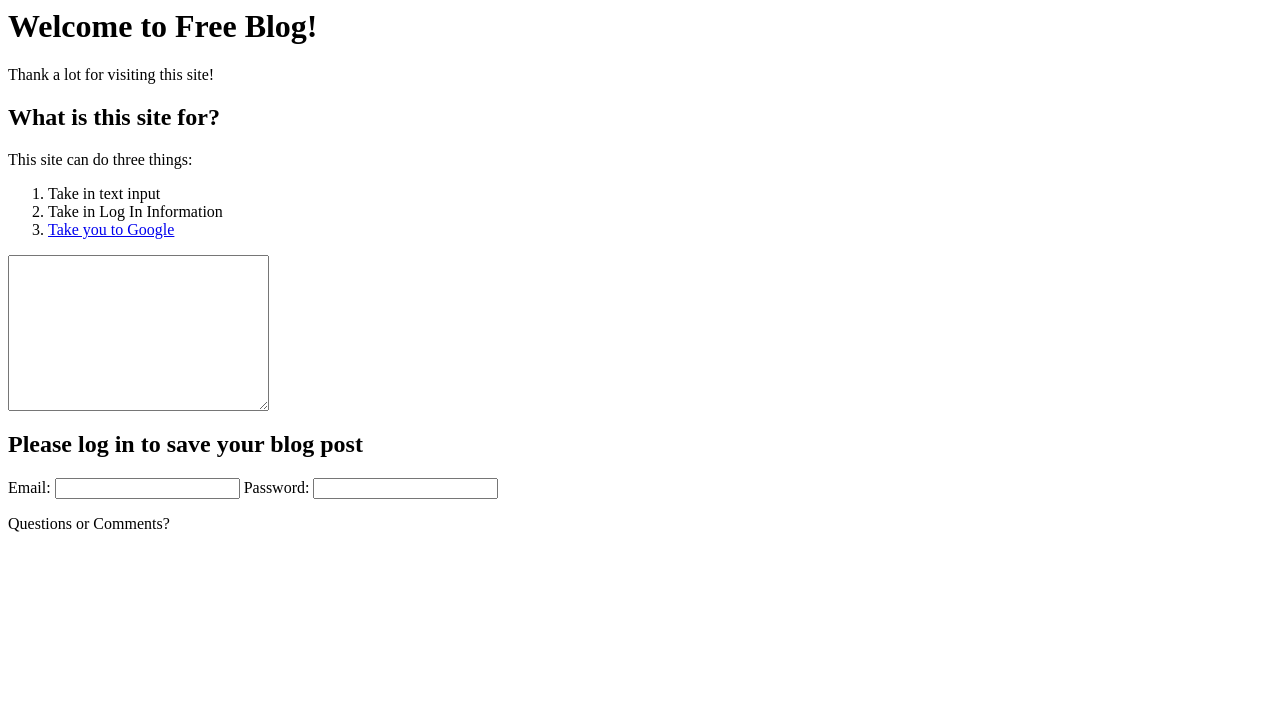
Repository: MonwarAdeeb/Bista_Solutions
Page: HTML & CSS/CSS/Level One/05. Assessment.html
An editor plug-in stored every save of this project. The page is shown before and after a run of saves, followed by the edit.
The browser window is 1280 px wide. The pictures show the whole page.

Above is the page before, as saved 2021-05-19 20:25:51.

After the next 4 saves:
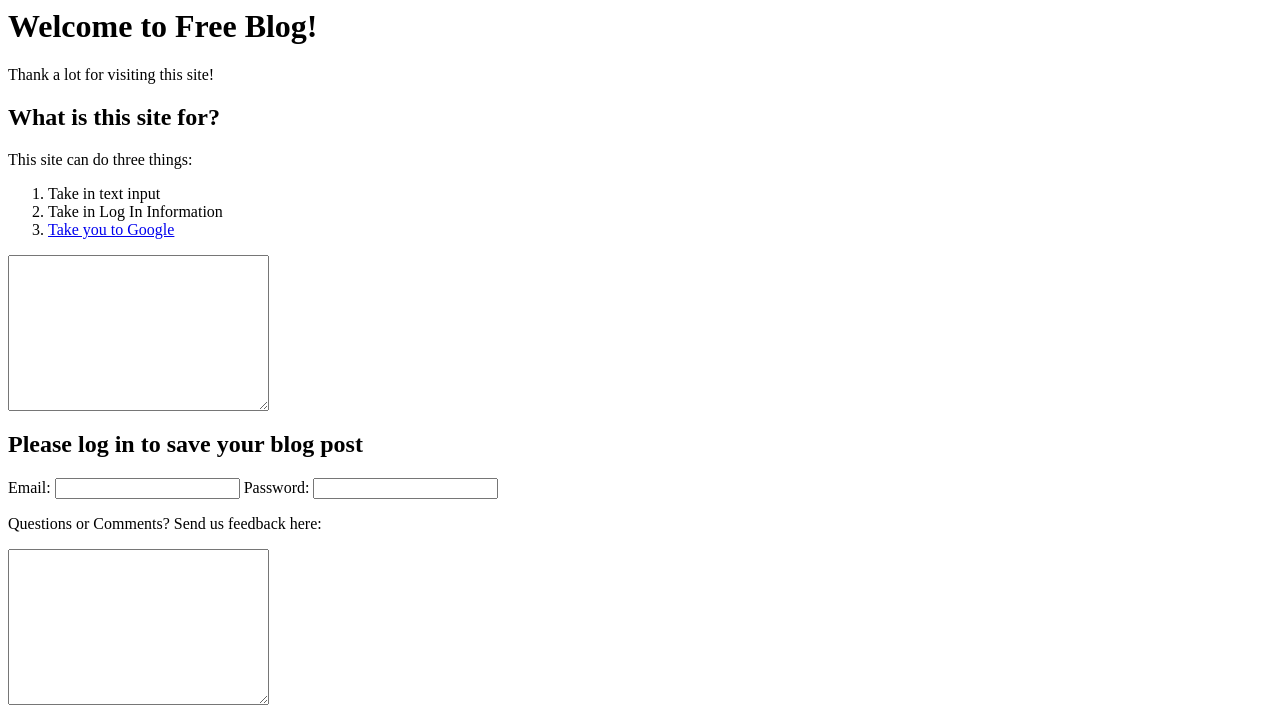
The 4 saves are shown as one change because they came seconds apart.
The last was saved 17 s later.
--- a/HTML & CSS/CSS/Level One/05. Assessment.html
+++ b/HTML & CSS/CSS/Level One/05. Assessment.html
@@ -32,7 +32,8 @@
 
     <div>
         <p></p>
-        <p>Questions or Comments? </p>
+        <p>Questions or Comments? Send us feedback here:</p>
+        <textarea name="" id="" cols="30" rows="10"></textarea>
 
     </div>
 
